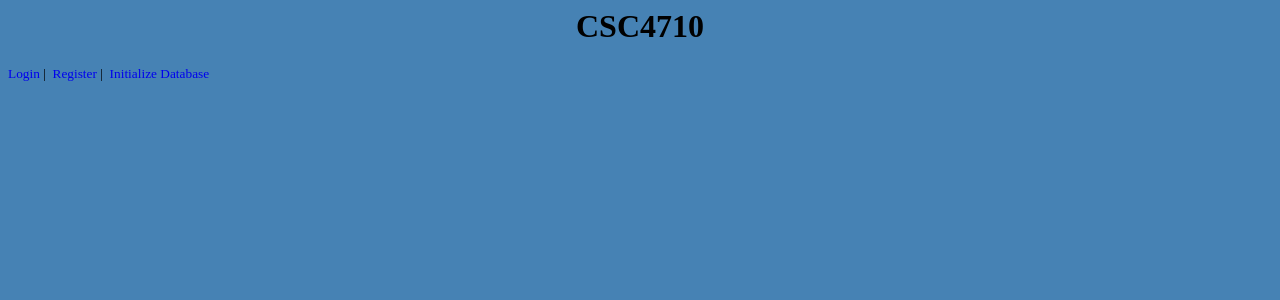
Repository: adamjeffrey871/csc4710
Page: http://localhost/CSC4710Demo/jsps/top.jsp
An editor plug-in stored every save of this project. The page is shown before and after the next save, followed by the edit.
The browser window is 1280 px wide. The pictures show the whole page.
The page is served by Tomcat 9. Other server files are loaded and not shown.

Above is the page before, as saved 2018-07-01 21:56:13.

### CSC4710Demo/WebContent/jsps/top.jsp
<%@ page language="java" import="java.util.*" pageEncoding="UTF-8"%>
<%@ taglib prefix="c" uri="http://java.sun.com/jsp/jstl/core" %>


<!DOCTYPE HTML PUBLIC "-//W3C//DTD HTML 4.01 Transitional//EN">
<html>
  <head>
    <title>top</title>

	<meta http-equiv="pragma" content="no-cache">
	<meta http-equiv="cache-control" content="no-cache">
	<meta http-equiv="expires" content="0">
	<meta http-equiv="keywords" content="keyword1,keyword2,keyword3">
	<meta http-equiv="description" content="This is my page">
	<meta http-equiv="content-type" content="text/html;charset=utf-8">
	<!--
	<link rel="stylesheet" type="text/css" href="styles.css">
	-->
<style type="text/css">
	body {
		background: #4682B4;
	}
	a {
		text-transform:none;
		text-decoration:none;
	}
	a:hover {
		text-decoration:underline;
	}
</style>
  </head>

  <body>
<h1 style="text-align: center;">CSC4710</h1>
<div style="font-size: 10pt;">
	<c:choose>
		<c:when test="${empty sessionScope.session_user }">
			<a href="<c:url value='/jsps/user/login.jsp'/>" target="_parent">Login</a> |&nbsp;
			<a href="<c:url value='/jsps/user/regist.jsp'/>" target="_parent">Register</a> |&nbsp;
			<a href="<c:url value='/jsps/user/initialize.jsp'/>" target="_parent">Initialize Database</a>
		</c:when>
		<c:otherwise>
			Hello：${sessionScope.session_user.username };
			<a href="<c:url value='/jsps/item.jsp'/>" target="body">Query Result</a>&nbsp;&nbsp;
		</c:otherwise>
	</c:choose>

</div>
  </body>
</html>

After the next save:
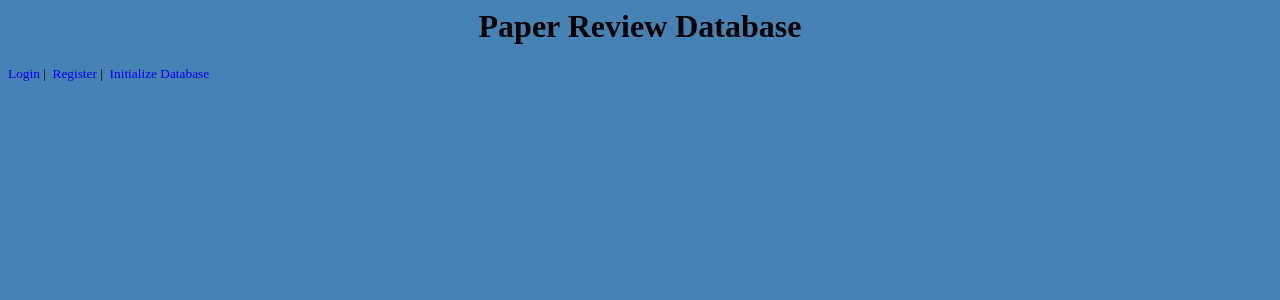
Saved 74 s later.
--- a/CSC4710Demo/WebContent/jsps/top.jsp
+++ b/CSC4710Demo/WebContent/jsps/top.jsp
@@ -31,7 +31,7 @@
   </head>
 
   <body>
-<h1 style="text-align: center;">CSC4710</h1>
+<h1 style="text-align: center;">Paper Review Database</h1>
 <div style="font-size: 10pt;">
 	<c:choose>
 		<c:when test="${empty sessionScope.session_user }">
